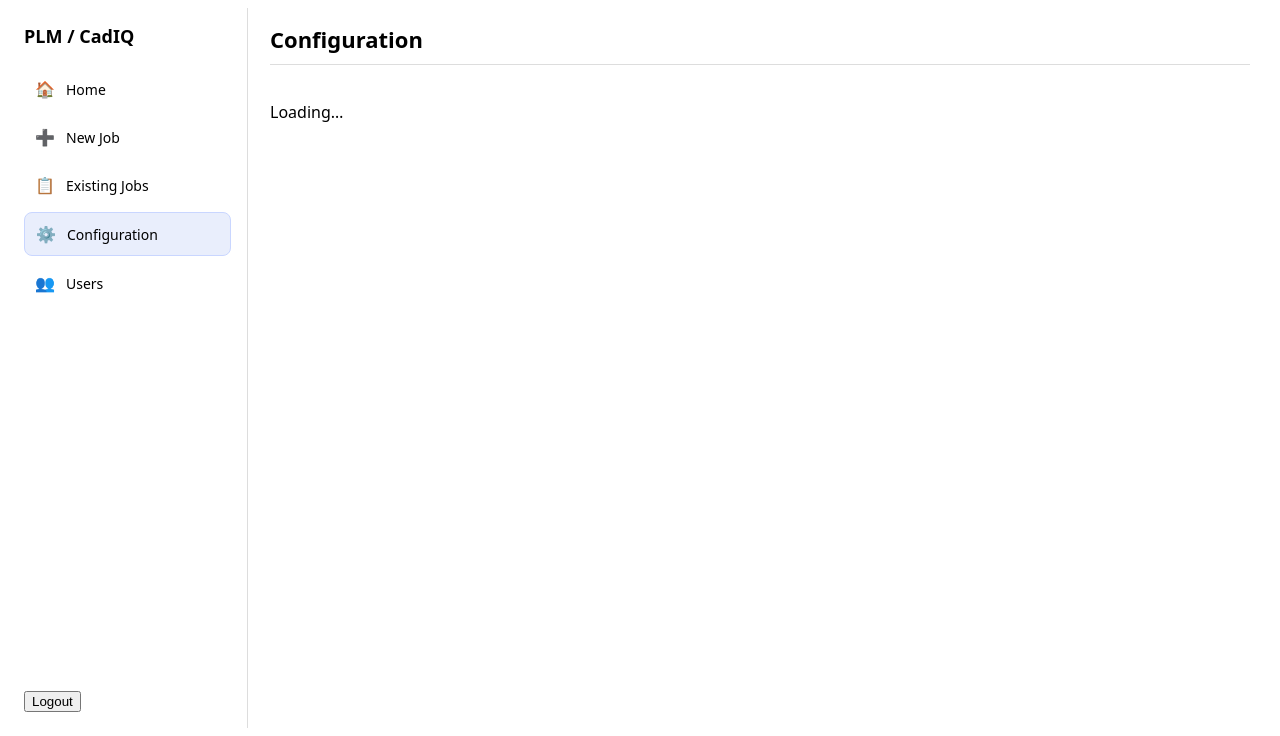
Repository: yaleevans/plm-cadiq
Page: /config
These files come from the project's save history. The page is drawn as it stood at one moment and after the next save; the edit follows.
The browser window is 1280 px wide. The pictures show the whole page.
The page's requests for data from a server got no answer. The project was rebuilt for these pictures with package versions that can differ from the ones it lists, and the page was loaded fresh each time. The framework's server and built-in components were replaced by stand-ins that run in the browser. No one was signed in, and anything a server would have sent is missing. Also part of the build but not shown: svelte.config.js, vite.config.ts.

Above is the page before, as saved 2026-02-11 08:31:12.

After the next save:
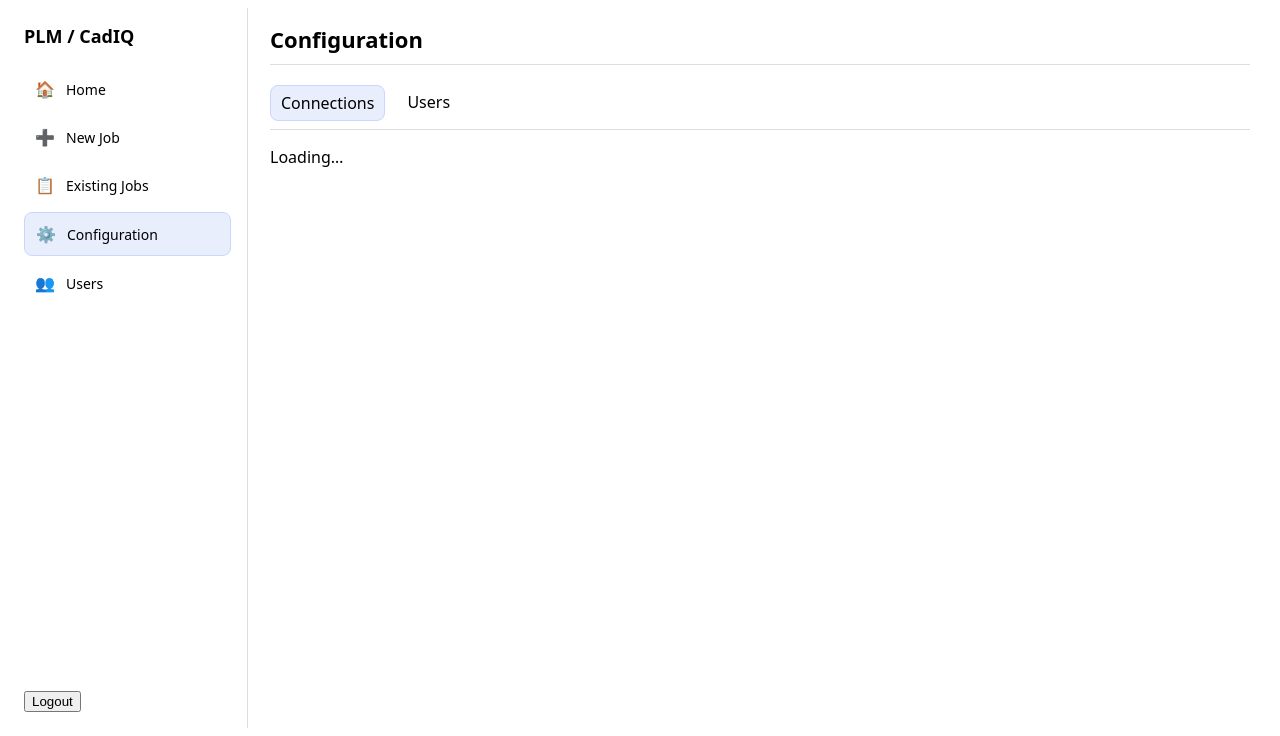
Saved 4 min 33 s later.
--- a/src/routes/config/+page.svelte
+++ b/src/routes/config/+page.svelte
@@ -1,4 +1,5 @@
 <script lang="ts">
+	import ConfigNav from './_configNav.svelte';
 	let loading = true;
 	let error = '';
 	let okMsg = '';
@@ -59,6 +60,8 @@
 
 	load();
 </script>
+
+<ConfigNav active="connections" />
 
 {#if loading}
 	<p>Loading…</p>
